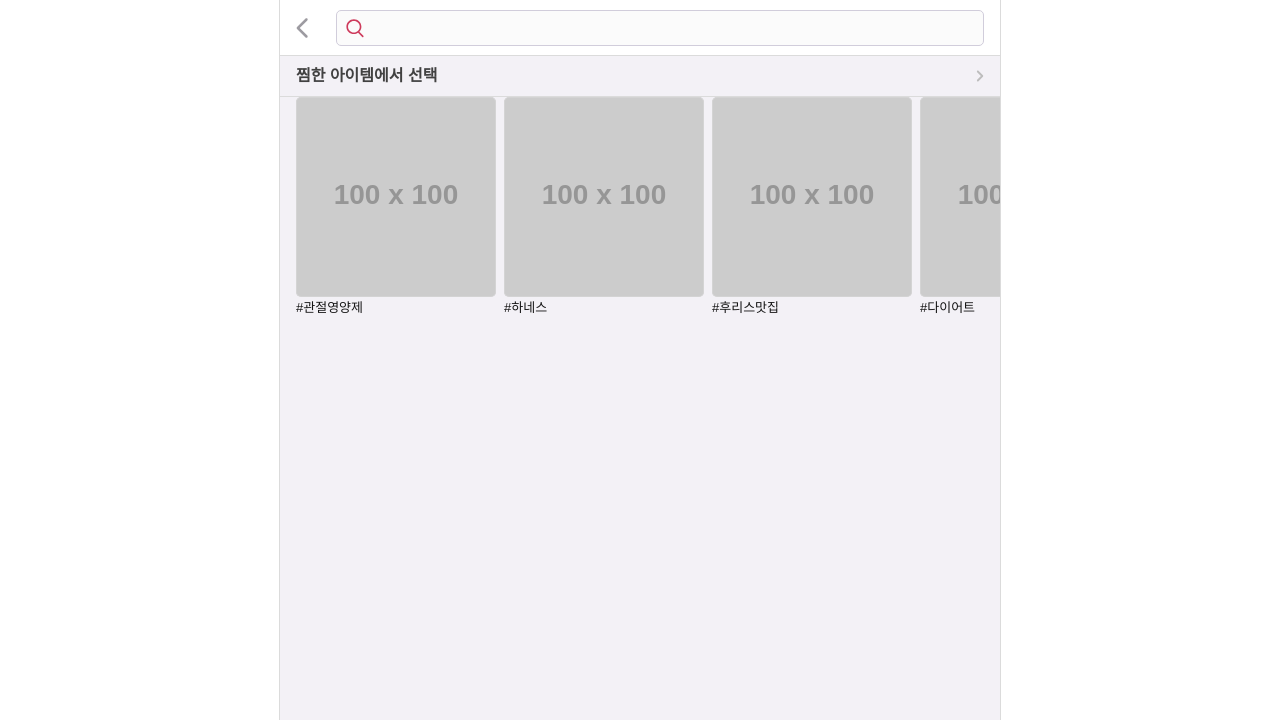
Repository: gosun1018/denguru
Page: search_review_item.html
The author's editor kept a copy of each file at every save. The page is drawn from the files as they stood at one save, then again after the next save.
The browser window is 1280 px wide. The pictures show the whole page.
Some web fonts or font styles are not loaded; a fallback is used. The style sheet was rebuilt from its Sass, Less or Tailwind sources for each picture, by a compiler version that may differ from the author's.

Above is the page before, as saved 2020-04-06 11:11:06.

After the next save:
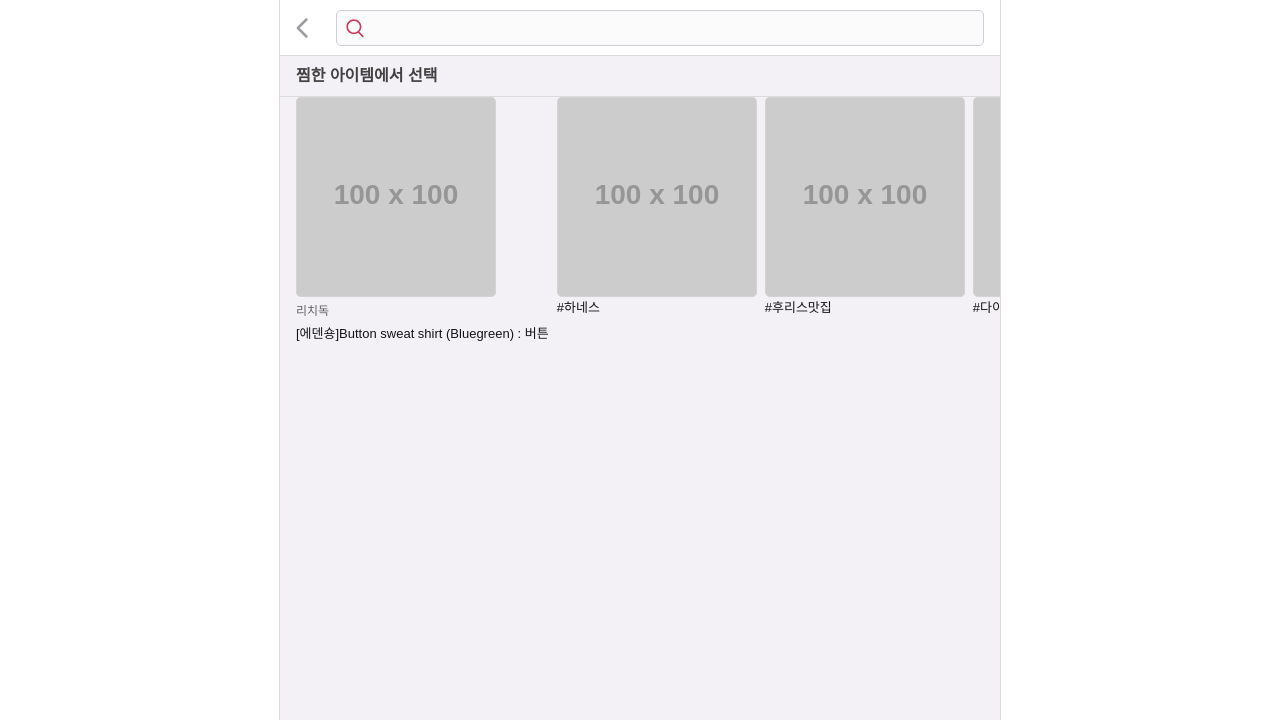
Saved 56 s later.
--- a/search_review_item.html
+++ b/search_review_item.html
@@ -29,16 +29,17 @@
                     <h2 class="tit">
                         찜한 아이템에서 선택
                     </h2>
-                    <a href="home_review_item.html" class="btn btn_linkstyle">
+                    <!-- <a href="home_review_item.html" class="btn btn_linkstyle">
                         <img src="images/icon-angle-right-gray.svg" alt="리뷰더보기" class="icon">
-                    </a>
+                    </a> -->
                 </div>
-                <div class=" hash_list_container swiper-container">
+                <div class="hash_list_container swiper-container">
                     <ul class="item_list04 swiper-wrapper">
                         <li class="item_box swiper-slide">
                             <a href="search_result.html">
                                 <div class="item_thum"><img src="http://placehold.it/100x100" alt="#관절영양제" class="img"></div>
-                                <div class="hash">#관절영양제</div>
+                                <div class="item_shop">리치독</div>
+                                <div class="item_name">[에덴숑]Button sweat shirt (Bluegreen) : 버튼</div>
                             </a>
                         </li>
                         <li class="item_box swiper-slide">
